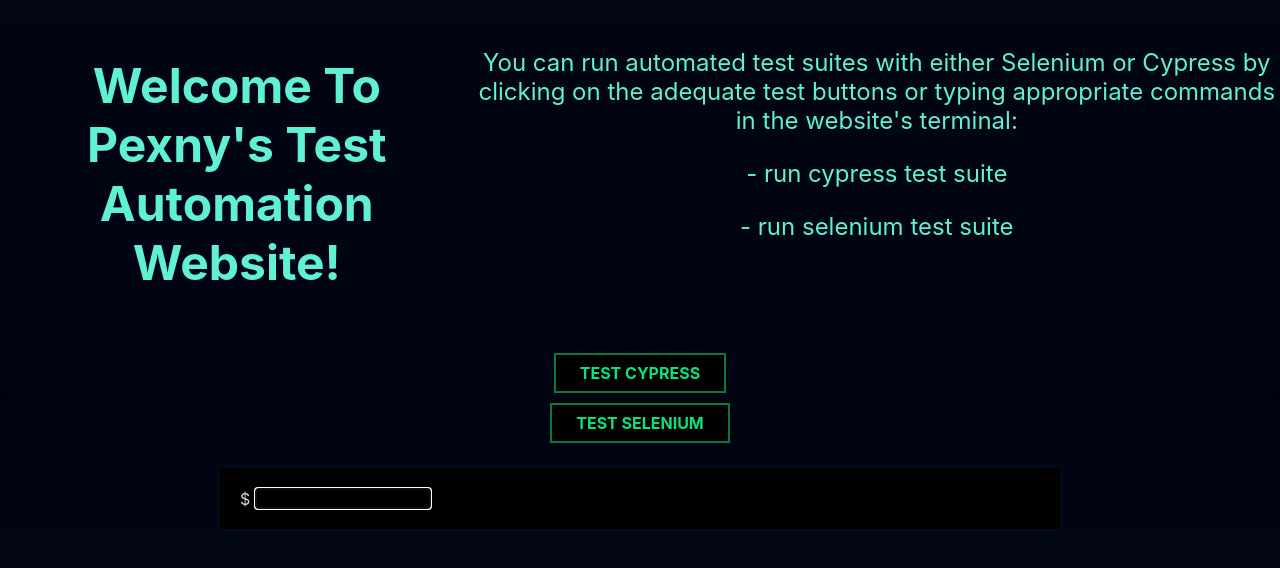
Repository: p3xny/Test-Automation-Website
Page: / (app in client/)
These files come from the project's save history. The page is drawn as it stood at one moment and after the next save; the edit follows.
The browser window is 1280 px wide. The pictures show the whole page.
The project was rebuilt for these pictures with package versions that can differ from the ones it lists, and the page was loaded fresh each time. Also part of the build but not shown: client/src/components/UI/TestMenu.js.

Above is the page before, as saved 2023-08-23 22:41:38.

After the next save:
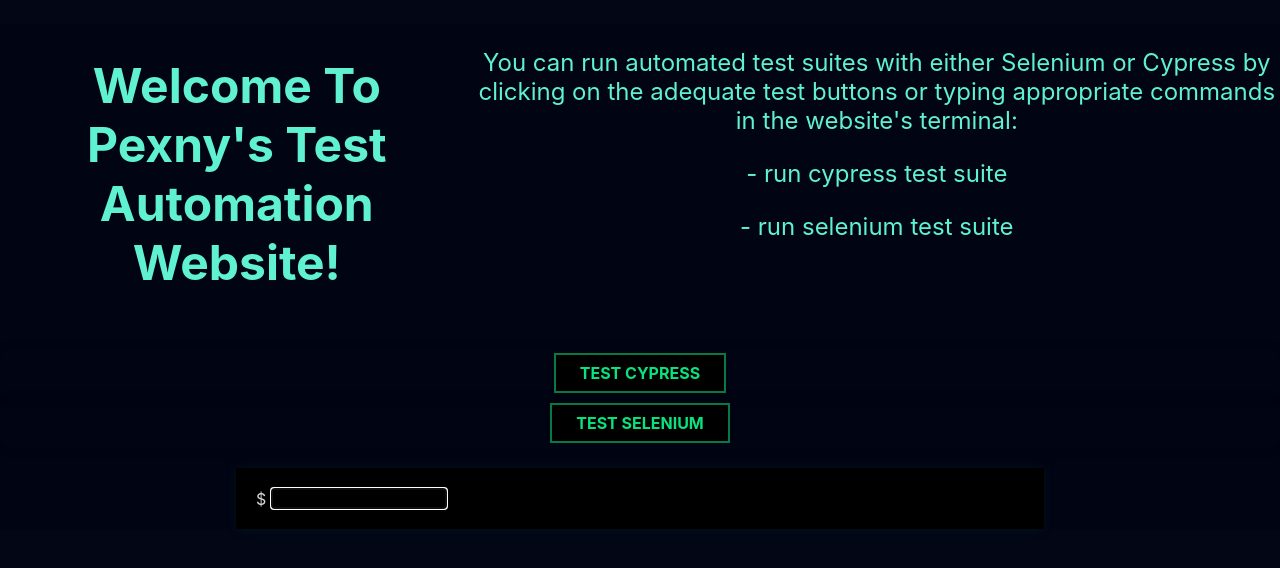
Saved 21 s later.
--- a/client/src/components/Terminal/Terminal.module.css
+++ b/client/src/components/Terminal/Terminal.module.css
@@ -57,8 +57,14 @@
   font-size: 1rem;
 }
 
-@media (min-width: 800px, min-height: 420px) {
+@media (min-width: 800px) {
   .terminal {
     width: 60%;
   }
 }
+
+@media (min-height: 420px) {
+  .terminal {
+    height: 80%;
+  }
+}

After the save that followed:
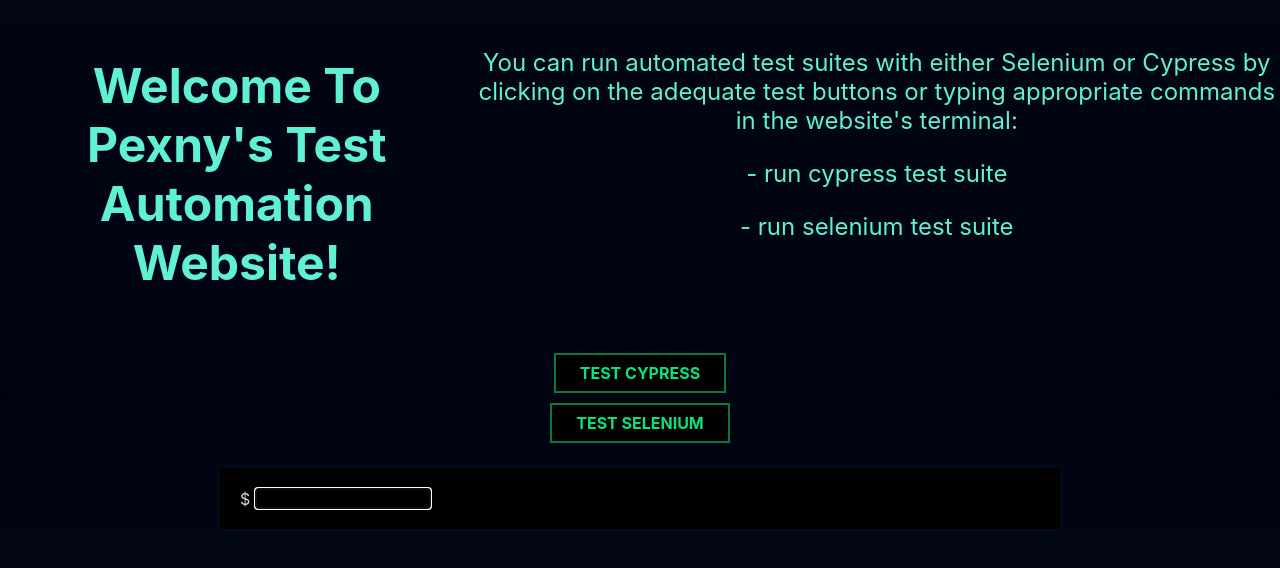
Saved 7 s later.
--- a/client/src/components/Terminal/Terminal.module.css
+++ b/client/src/components/Terminal/Terminal.module.css
@@ -59,12 +59,12 @@
 
 @media (min-width: 800px) {
   .terminal {
-    width: 60%;
+    width: 100%;
   }
 }
 
 @media (min-height: 420px) {
   .terminal {
-    height: 80%;
+    height: 100%;
   }
 }
